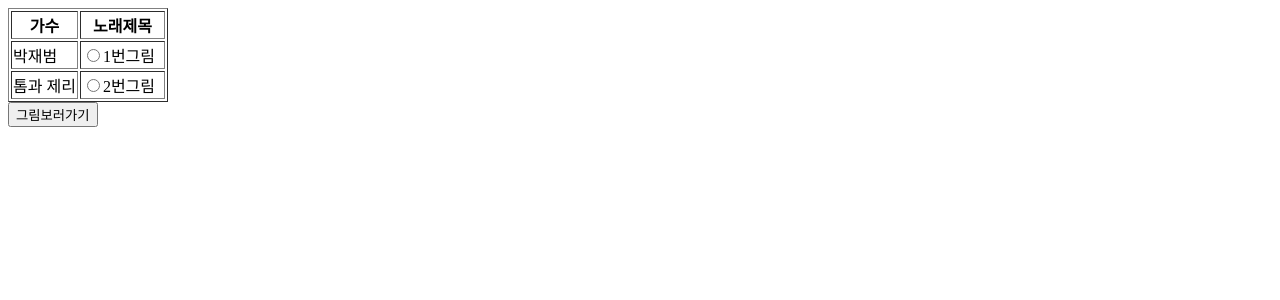
Repository: SimpleRan/jsp_paractice2
Page: http://localhost/JSPBasic/jspobject/qiuz/music.jsp
An editor plug-in stored every save of this project. The page is shown before and after the next save, followed by the edit.
The browser window is 1280 px wide. The pictures show the whole page.
The page is served by Tomcat 9.

Above is the page before, as saved 2022-03-28 09:36:10.

### JSPBasic/src/main/webapp/jspobject/qiuz/music.jsp
<%@ page language="java" contentType="text/html; charset=UTF-8"
    pageEncoding="UTF-8"%>
<!DOCTYPE html>
<html>
<head>
<meta charset="UTF-8">
<title>Insert title here</title>
</head>
<body>
<!-- music.jsp  에는 테이블 형태로 가수, 노래제목, checkbox를 두시고
곡은 3곡이상 두세요. music_result.jsp에서는 music.jsp에서 보낸 노래제목을 받아서 감지한다음
유튜브 영상 주로로 리다이렉트 시키게 해주세요. -->
	<form aciton = "music_result.jsp" method="post">
	 <table border ="1">
	  <thead>
	    <th> 가수 </th>
	    <th> 노래제목 </th>
	  </thead>
	  <tbody>
	   <tr>
	    <td>박재범</td>
	    <td><input type="radio" name="music" value="1번그림">1번그림 &nbsp; </td>
	   </tr>
	   <tr>
	    <td>톰과 제리</td>
	    <td><input type="radio" name="photo" value="2번그림">2번그림 &nbsp; </td>
	   </tr>
	  </tbody>
	 </table>

	 <input type= "submit" class="btn btn-primary" value="그림보러가기"/>
	</form>
</body>
</html>

After the next save:
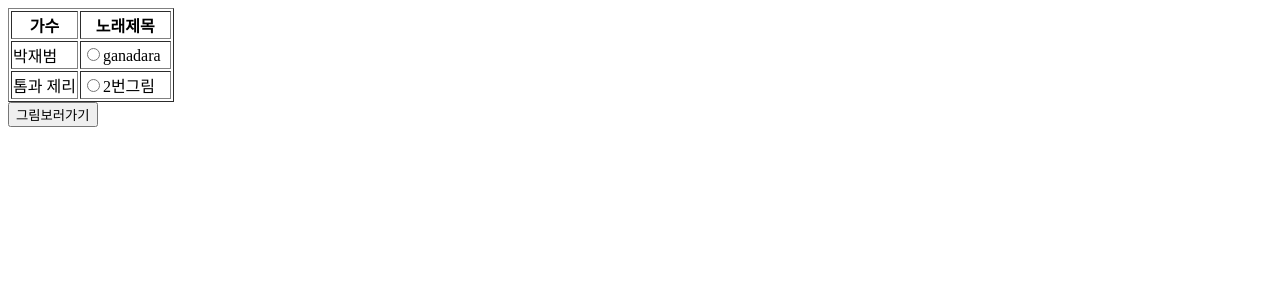
Saved 87 s later.
--- a/JSPBasic/src/main/webapp/jspobject/qiuz/music.jsp
+++ b/JSPBasic/src/main/webapp/jspobject/qiuz/music.jsp
@@ -19,7 +19,7 @@
 	  <tbody>
 	   <tr>
 	    <td>박재범</td>
-	    <td><input type="radio" name="music" value="1번그림">1번그림 &nbsp; </td>
+	    <td><input type="radio" name="music" value="ganadara">ganadara &nbsp; </td>
 	   </tr>
 	   <tr>
 	    <td>톰과 제리</td>
